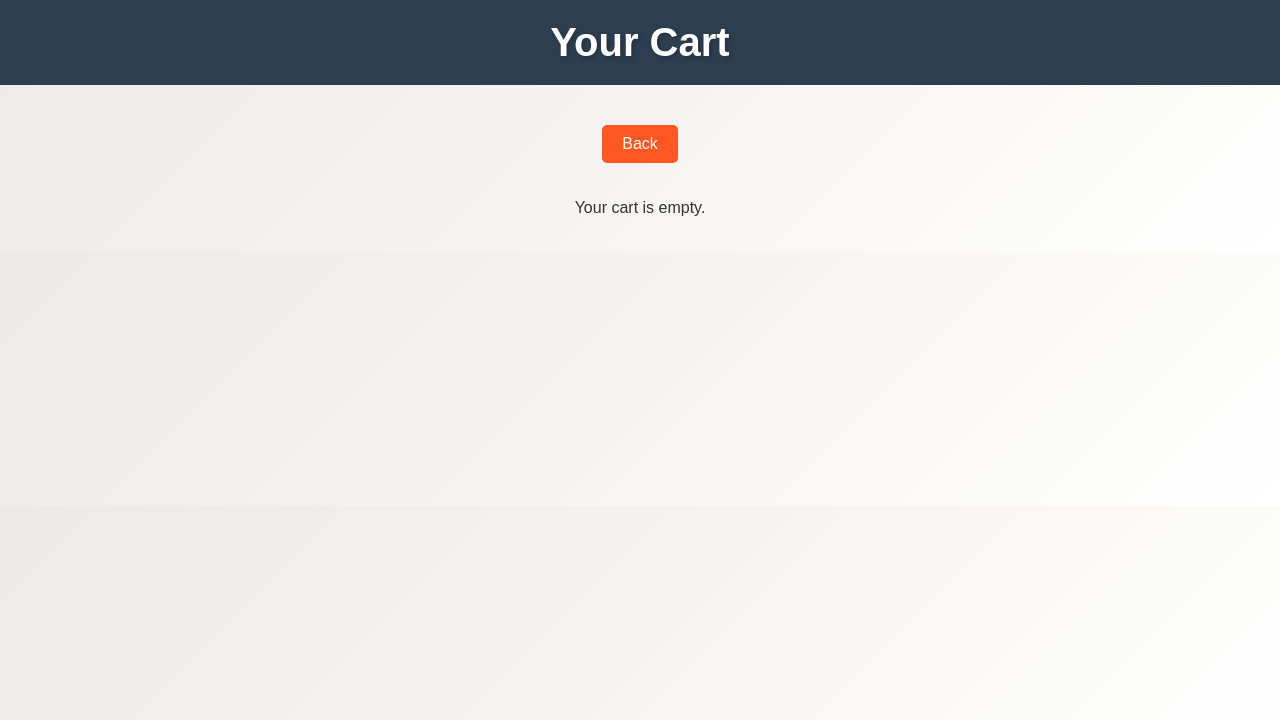
Repository: Masood395/Food-App
Page: http://localhost/FoodApp/cart.jsp
An editor plug-in stored every save of this project. The page is shown before and after the next save, followed by the edit.
The browser window is 1280 px wide. The pictures show the whole page.
The page is served by Tomcat 9. Other server files are loaded and not shown.

Above is the page before, as saved 2024-11-13 12:01:34.

### FoodApp/src/main/webapp/cart.jsp
<%@ page language="java" contentType="text/html; charset=UTF-8" pageEncoding="UTF-8"%>
<%@ page import="java.util.*" %>
<%@ page import="com.tap.cartitem.CartItem" %>

<!DOCTYPE html>
<html lang="en">
<head>
    <meta charset="UTF-8">
    <title>Your Cart</title>
    <link rel="stylesheet" href="https://cdnjs.cloudflare.com/ajax/libs/font-awesome/5.15.4/css/all.min.css">
    <style>
        /* General Styling */
        body {
            font-family: 'Arial', sans-serif;
            background: linear-gradient(135deg, #ece9e6, #ffffff);
            margin: 0;
            padding: 0;
            color: #333;
        }

        /* Header Styling */
        header {
            background: #2C3E50;
            color: white;
            padding: 20px;
            text-align: center;
        }

        header h1 {
            margin: 0;
            font-size: 2.5em;
            text-shadow: 2px 2px 4px rgba(0, 0, 0, 0.2);
        }

        /* Back Button */
        .back-button {
            background: #FF5722;
            color: white;
            padding: 10px 20px;
            border: none;
            border-radius: 5px;
            cursor: pointer;
            transition: background 0.3s ease;
            margin: 20px;
            text-decoration: none;
            display: inline-block;
        }

        .back-button:hover {
            background: #E64A19;
        }

        /* Container for Cart Items */
        .cart-container {
            display: flex;
            flex-direction: column;
            align-items: center;
            padding: 20px;
            max-width: 1200px;
            margin: 0 auto;
        }

        /* Cart Item Card */
        .cart-item {
            display: flex;
            background: #fff;
            border-radius: 15px;
            overflow: hidden;
            width: 90%;
            max-width: 800px;
            margin-bottom: 20px;
            box-shadow: 0 4px 10px rgba(0, 0, 0, 0.15);
            transition: transform 0.3s ease;
            position: relative;
            animation: slideIn 0.5s ease forwards;
        }

        @keyframes slideIn {
            from { opacity: 0; transform: translateY(20px); }
            to { opacity: 1; transform: translateY(0); }
        }

        .cart-item:hover {
            transform: translateY(-5px);
        }

        .cart-item img {
            width: 200px;
            height: 200px;
            object-fit: cover;
            border-right: 1px solid #ddd;
        }

        .cart-item-details {
            padding: 20px;
            flex: 1;
            display: flex;
            flex-direction: column;
            justify-content: space-between;
        }

        .cart-item h2 {
            font-size: 1.6em;
            color: #333;
            margin: 0 0 10px;
        }

        .cart-item p {
            font-size: 1.1em;
            margin: 5px 0;
        }

        .cart-item .price {
            font-size: 1.4em;
            color: #FF5722;
            font-weight: bold;
        }

        .quantity-selector {
            display: flex;
            align-items: center;
            margin-top: 10px;
        }

        .quantity-selector select {
            padding: 8px;
            border-radius: 5px;
            border: 1px solid #ccc;
            margin-right: 10px;
            font-size: 1em;
        }

        /* Button Styles */
        .button-container {
            display: flex;
            justify-content: space-between;
            margin-top: 10px;
        }

        .update-button, .remove-button {
            background: #E74C3C;
            color: white;
            padding: 10px 15px;
            font-size: 1em;
            border: none;
            border-radius: 30 ```jsp
px;
            cursor: pointer;
            transition: background 0.3s ease;
        }

        .update-button:hover {
            background: #C0392B;
        }

        .remove-button {
            background: #FF5722;
        }

        .remove-button:hover {
            background: #E64A19;
        }

        /* Total Price Section */
        .total-section {
            font-size: 1.5em;
            font-weight: bold;
            margin-top: 20px;
            color: #333;
            text-align: center;
        }

        .checkout-button {
            display: inline-block;
            background: #28a745;
            color: white;
            padding: 15px 30px;
            font-size: 1.2em;
            border-radius: 50px;
            text-align: center;
            cursor: pointer;
            transition: background 0.3s ease;
            margin-top: 20px;
            text-decoration: none;
        }

        .checkout-button:hover {
            background: #218838;
        }

        /* Responsive Design */
        @media (max-width: 600px) {
            .cart-item {
                flex-direction: column;
                align-items: flex-start;
            }

            .cart-item img {
                width: 100%;
                height: auto;
            }

            .quantity-selector {
                margin-top: 10px;
            }
        }
    </style>
</head>
<body>

<header>
    <h1>Your Cart</h1>
</header>

<div class="cart-container">
    <a href="javascript:history.back()" class="back-button">Back</a>
    <%
        Map<Integer, CartItem> cart = (Map<Integer, CartItem>) session.getAttribute("cart");
        double total = 0;
        if (cart != null && !cart.isEmpty()) {
            for (CartItem item : cart.values()) {
                double itemTotal = item.getPrice() * item.getQuantity();
                total += itemTotal;
    %>
        <div class="cart-item">
            <img src="<%= item.getImage() %>" alt="<%= item.getName() %>">
            <div class="cart-item-details">
                <h2><%= item.getName() %></h2>
                <p>Restaurant: <%= item.getRestaurant() %></p>
                <p class="price">$<%= String.format("%.2f", item.getPrice()) %></p>
                <p>Quantity: <%= item.getQuantity() %></p>
                <p>Subtotal: $<%= String.format("%.2f", itemTotal) %></p>
                <div class="quantity-selector">
                    <form action="updateCart" method="post">
                        <select name="quantity" onchange="this.form.submit()">
                            <% for (int i = 1; i <= 10; i++) { %>
                                <option value="<%= i %>" <%= i == item.getQuantity() ? "selected" : "" %>><%= i %></option>
                            <% } %>
                        </select>
                        <input type="hidden" name="itemId" value="<%= item.getItemId() %>">
                    </form>
                </div>
                <div class="button-container">
                    <form action="updateCart" method="post">
                        <button type="submit" class="update-button">Update</button>
                    </form>
                    <form action="removeItem" method="post">
                        <input type="hidden" name="itemId" value="<%= item.getItemId() %>">
                        <button type="submit" class="remove-button">Remove</button>
                    </form>
                </div>
            </div>
        </div>
    <%
            }
    %>
        <div class="total-section">
            <p>Total: $<%= String.format("%.2f", total) %></p>
            <a href="checkout.jsp" class="checkout-button">Proceed to Checkout</a>
        </div>
    <%
        } else {
    %>
        <p>Your cart is empty.</p>
    <%
        }
    %>
</div>

</body>
</html>

After the next save:
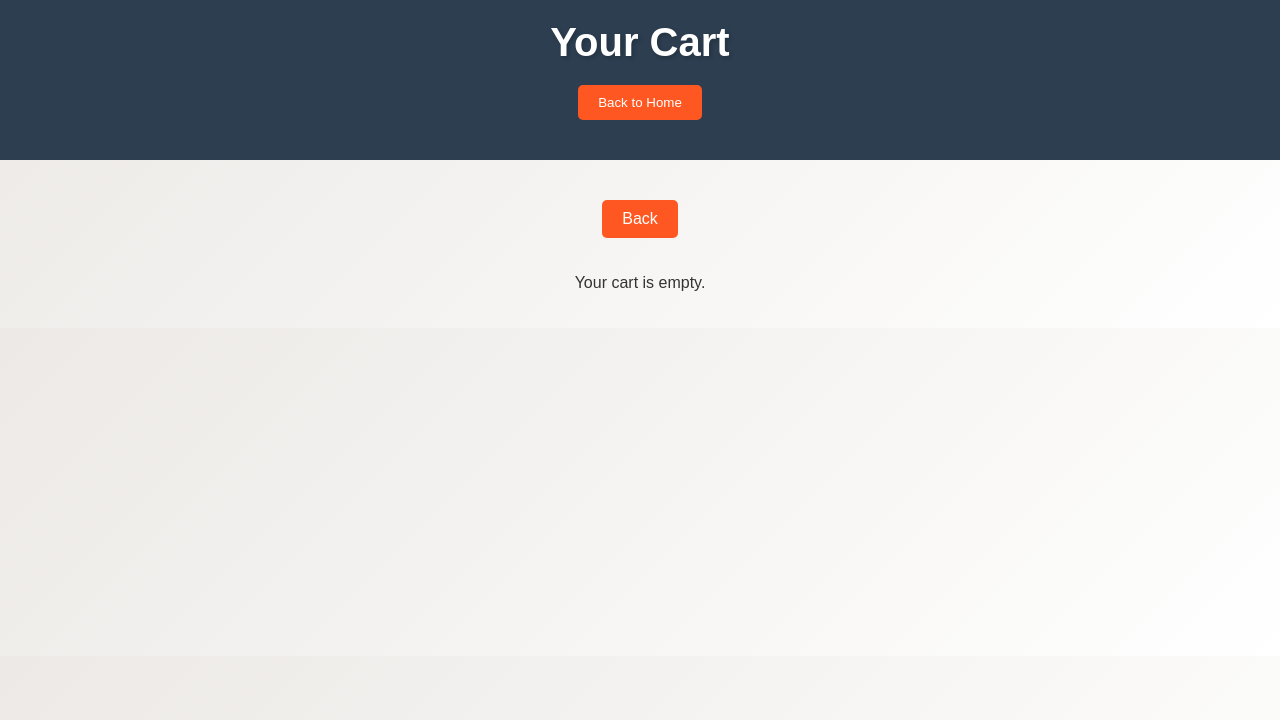
Saved 2 min 28 s later.
--- a/FoodApp/src/main/webapp/cart.jsp
+++ b/FoodApp/src/main/webapp/cart.jsp
@@ -210,10 +210,12 @@ px;
 
 <header>
     <h1>Your Cart</h1>
+    <button class="back-button" onclick="window.location.href='getMenu.jsp';">Back to Home</button>
 </header>
 
 <div class="cart-container">
     <a href="javascript:history.back()" class="back-button">Back</a>
+
     <%
         Map<Integer, CartItem> cart = (Map<Integer, CartItem>) session.getAttribute("cart");
         double total = 0;
